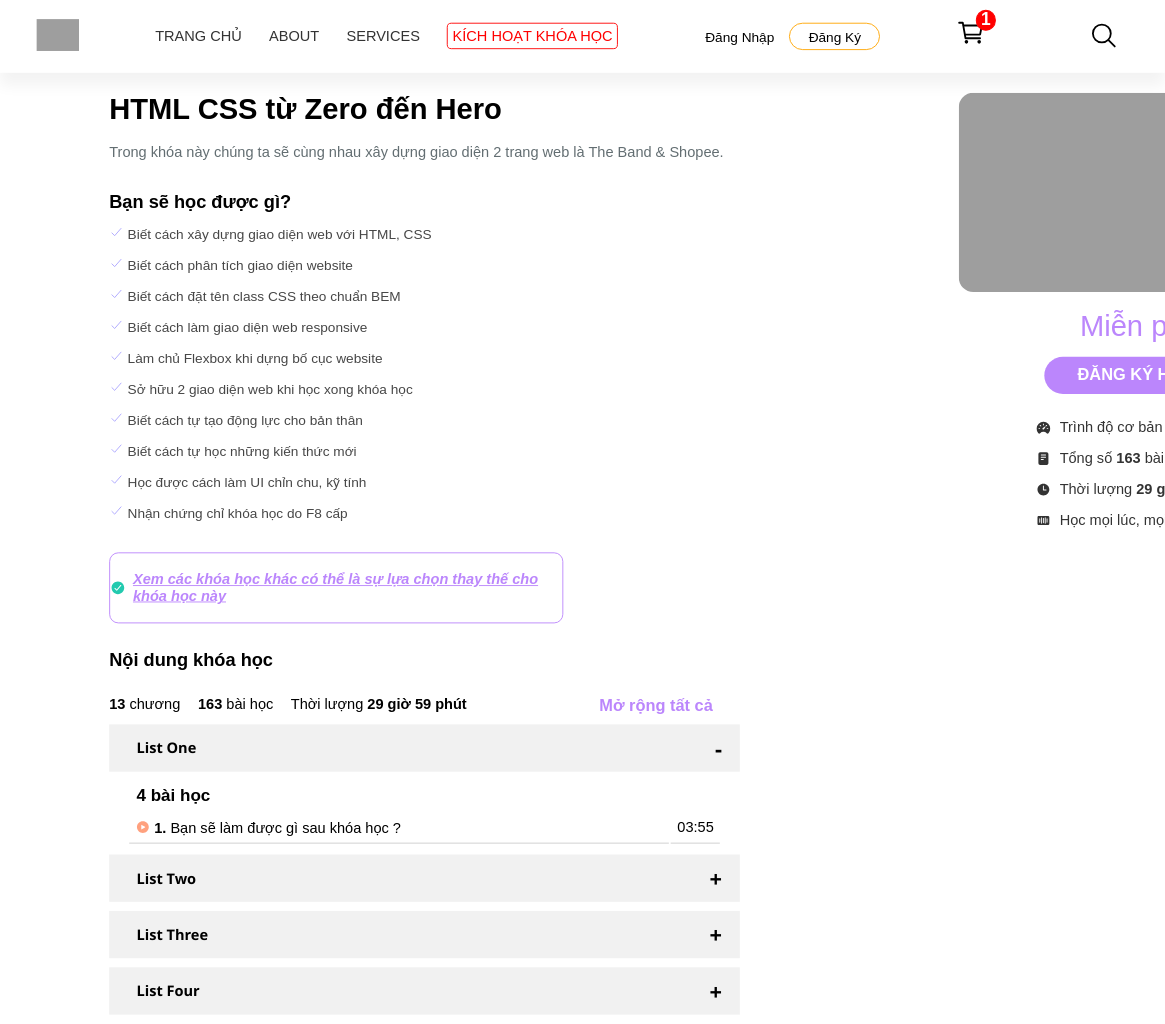
Repository: hoanghuuphuc/hoanghuuphuc
Page: details.html
The author's editor kept a copy of each file at every save. The page is drawn from the files as they stood at one save, then again after the next save.
The browser window is 1280 px wide. The pictures show the whole page, at 91% of full size.
Empty fields were first filled with sample values (such as "Sample", 5 or name@example.com).
After loading, the first visible `div.contentBx` was clicked once.
Pictures or frames that could not be fetched are drawn as grey boxes.

Above is the page before, as saved 2022-12-12 00:32:34.
Console error: TypeError: Cannot read properties of null (reading 'style')

After the next save:
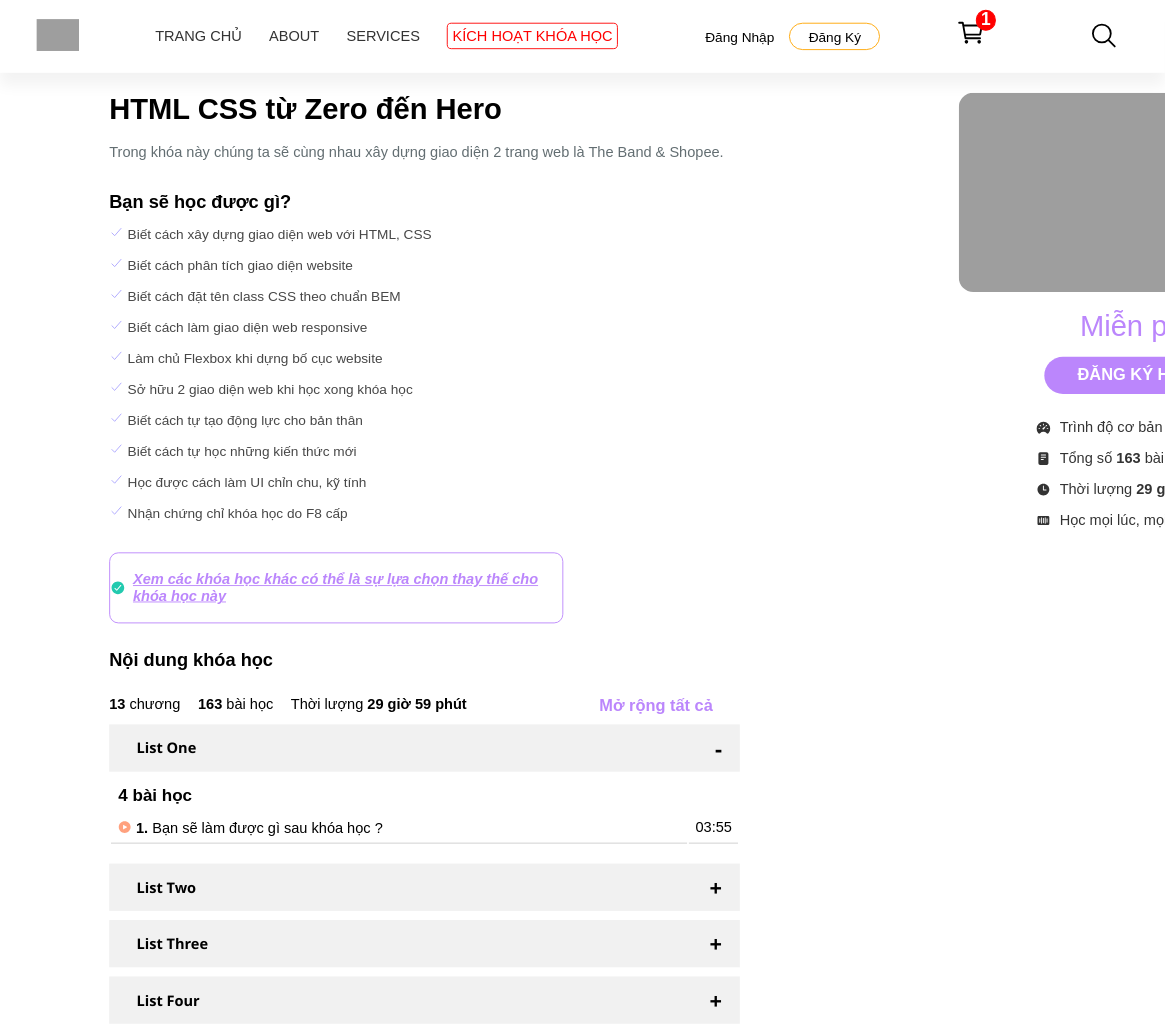
Saved 11 s later.
--- a/style.css
+++ b/style.css
@@ -792,7 +792,7 @@ footer {
 }
 .accordion .contentBx.active .accordion-content {
   height: auto;
-  padding: 5px 10px 0px 10px;
+  padding: 5px 0;
 }
 .accordion .contentBx.active .accordion-label::before {
   content: "-";
